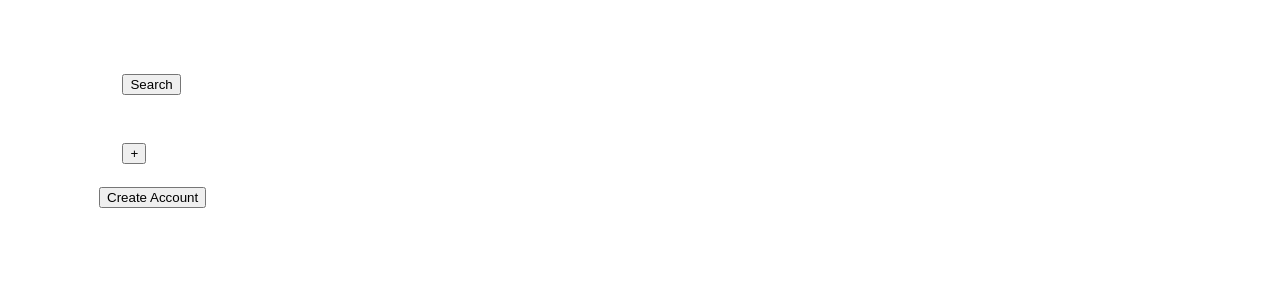
Repository: Fredy452/Fundamentos_de_la_Web
Page: Trabajos/Button/index.html
These files come from the project's save history. The page is drawn as it stood at one moment and after the next save; the edit follows.
The browser window is 1280 px wide. The pictures show the whole page.

Above is the page before, as saved 2023-06-16 14:51:49.

### Trabajos/Button/index.html
<!DOCTYPE html>
<html lang="en">
<head>
    <meta charset="UTF-8">
    <meta name="viewport" content="width=device-width, initial-scale=1.0">
    <title>button Styling</title>
    <link rel="stylesheet" href="style.css">
</head>
<body>
    <div class="buttons">
        <div class="button1">
            <button class="search">Search</button>
        </div>
        <div class="button2">
            <button class="plus">+</button>
        </div>
            <button class="create">Create Account</button>
        <div class="button3">
        </div>
    </div>
</body>
</html>

### Trabajos/Button/style.css
*{
    margin-left: 2%;
    margin-top: 2%;
}
.buttons{
    display:block;
}

After the next save:
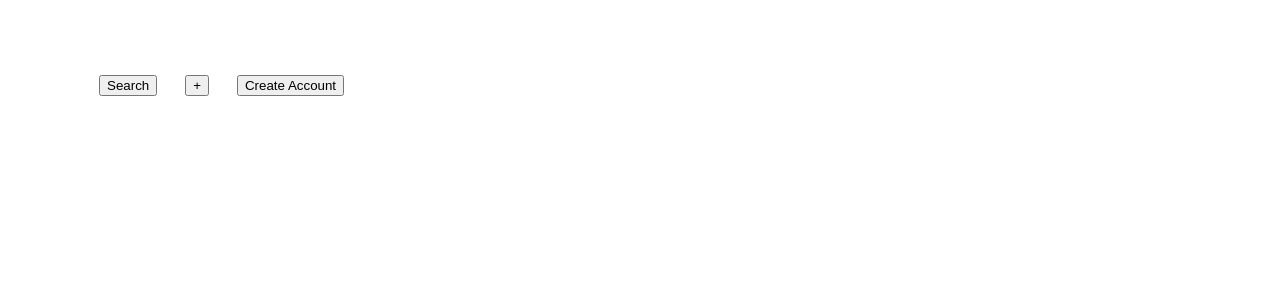
Saved 17 s later.
--- a/Trabajos/Button/index.html
+++ b/Trabajos/Button/index.html
@@ -8,15 +8,9 @@
 </head>
 <body>
     <div class="buttons">
-        <div class="button1">
-            <button class="search">Search</button>
-        </div>
-        <div class="button2">
-            <button class="plus">+</button>
-        </div>
-            <button class="create">Create Account</button>
-        <div class="button3">
-        </div>
+        <button class="search">Search</button>
+        <button class="plus">+</button>
+        <button class="create">Create Account</button>
     </div>
 </body>
 </html>
